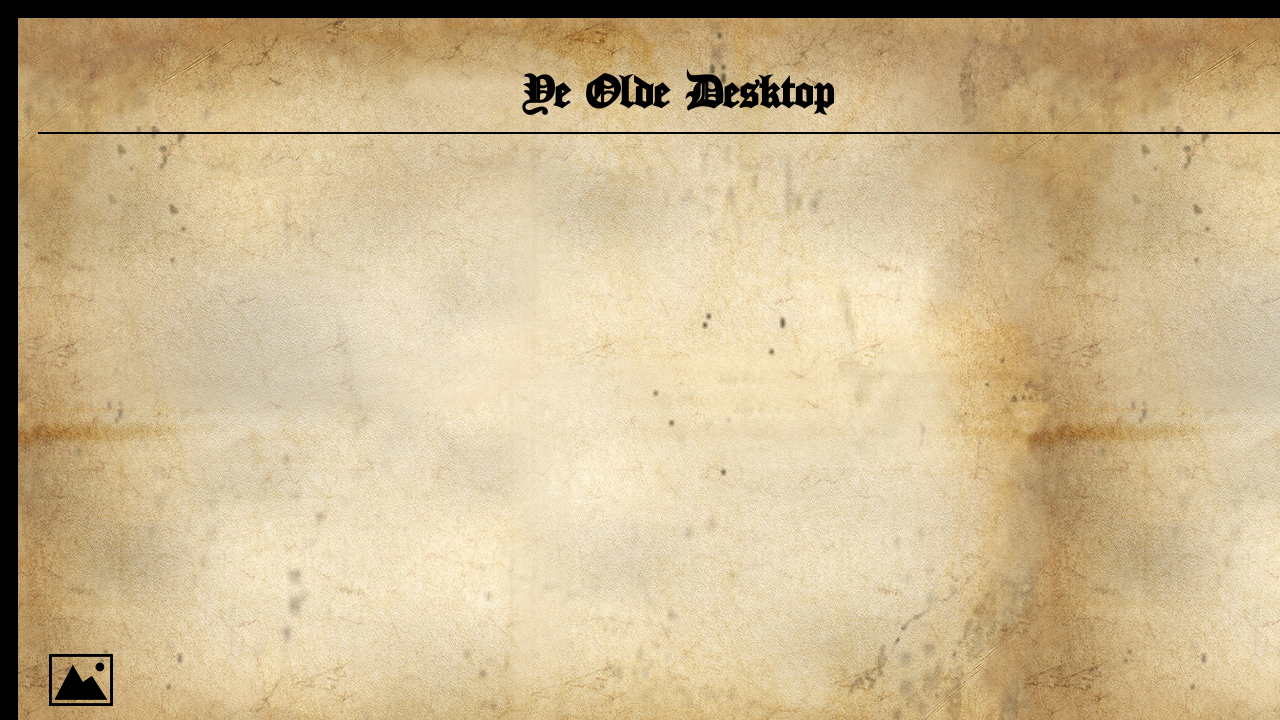
Repository: ma223md/1dv403-laborationer
Page: 5-pwd/index.html
The author's editor kept a record of every edit. The page is drawn from the files as they stood at one moment, then again after the next edit.
The browser window is 1280 px wide. The pictures show the whole page.

Above is the page before.
Console error: TypeError: Failed to execute 'appendChild' on 'Node': parameter 1 is not of type 'Node'.

After the next edit:
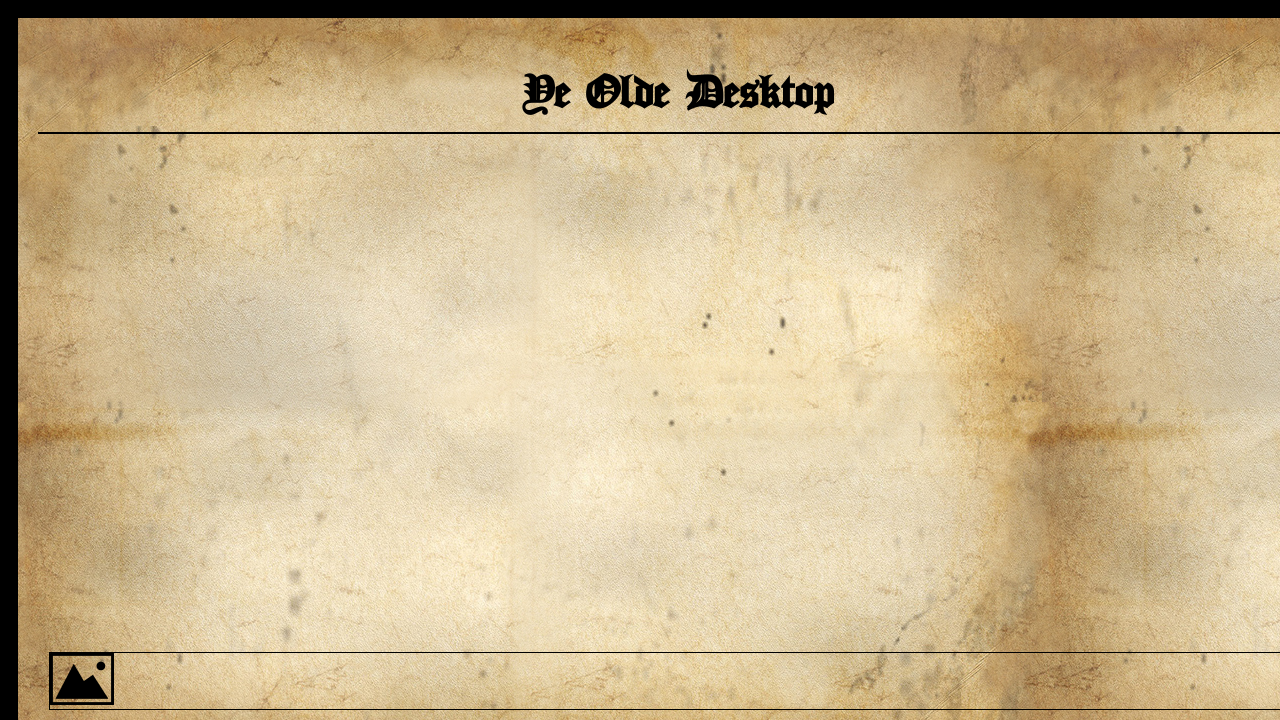
The edit:
--- a/5-pwd/css/pwdstyle.css
+++ b/5-pwd/css/pwdstyle.css
@@ -43,6 +43,9 @@
     position: fixed;
     bottom: 0;
     width: 100%;
+    border-style: solid;
+    border-width: 1px;
+    border-color: black;
 }
 
 p {
